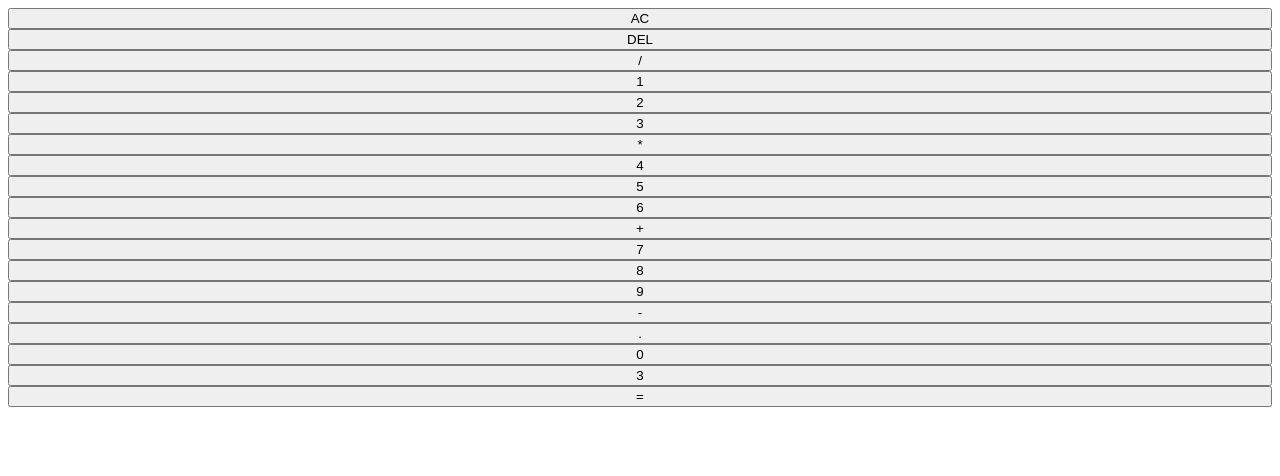
Repository: khadergw/calculator
Page: / (app in calculator/)
An editor plug-in stored every save of this project. The page is shown before and after the next save, followed by the edit.
The browser window is 1280 px wide. The pictures show the whole page.
The project was rebuilt for these pictures with package versions that can differ from the ones it lists, and the page was loaded fresh each time. Also part of the build but not shown: calculator/src/App.css.

Above is the page before, as saved 2022-09-10 23:10:43.

### calculator/src/App.js
import './App.css';
import './styles.css';

function App() {
  return (
    <div className="CalGrid">
      <div className='output'>
        <div className='prevOper'></div>
        <div className='currOper'></div>
      </div>
      <button className='wider'>AC</button>
      <button>DEL</button>
      <button>/</button>
      <button>1</button>
      <button>2</button>
      <button>3</button>
      <button>*</button>
      <button>4</button>
      <button>5</button>
      <button>6</button>
      <button>+</button>
      <button>7</button>
      <button>8</button>
      <button>9</button>
      <button>-</button>
      <button>.</button>
      <button>0</button>
      <button>3</button>
      <button className='wider'>=</button>


    </div>
  );
}

export default App;

### calculator/src/styles.css
.CalGrid {
  display: grid;

}

Loaded but not shown: calculator/public/index.html (common file); calculator/src/index.js (common file)

After the next save:
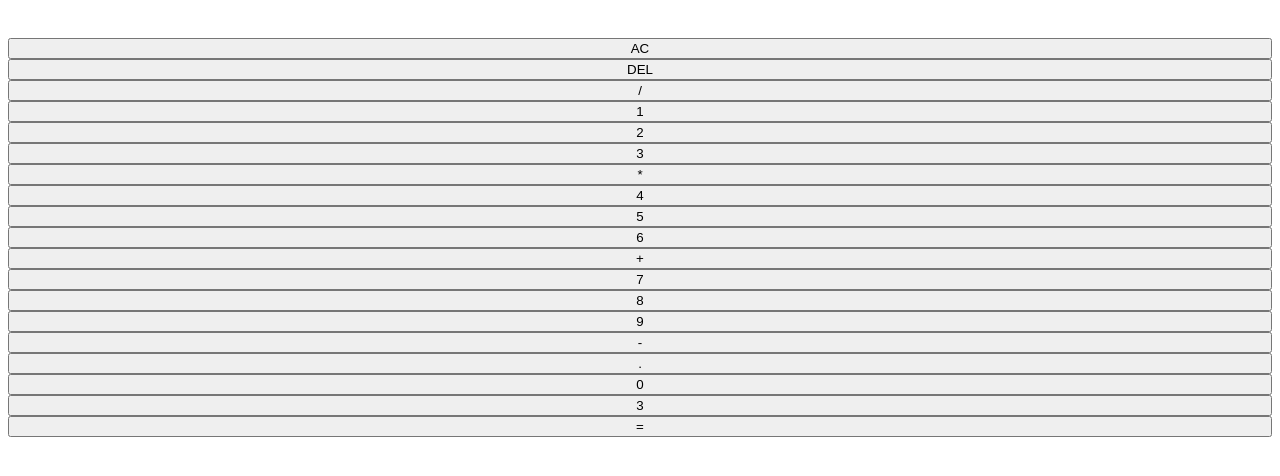
Saved 97 s later.
--- a/calculator/src/styles.css
+++ b/calculator/src/styles.css
@@ -1,4 +1,4 @@
 .CalGrid {
   display: grid;
-
+  margin-top: 3%;
 }
